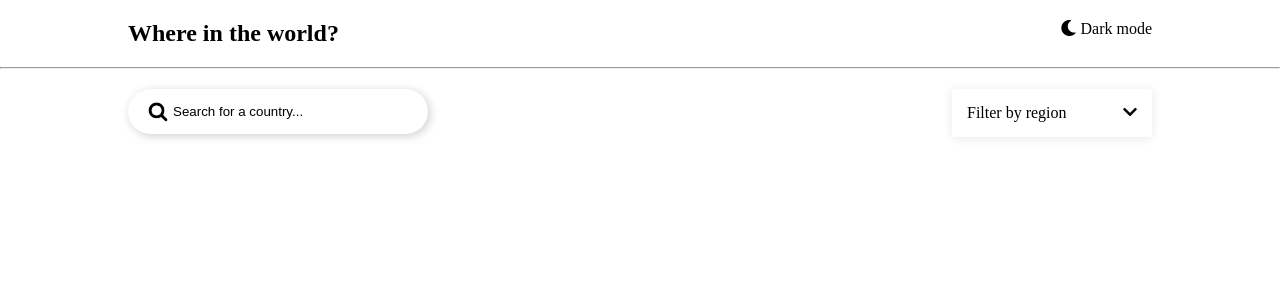
Repository: Eugene44-hub/countryProj
Page: index.html
An editor plug-in stored every save of this project. The page is shown before and after the next save, followed by the edit.
The browser window is 1280 px wide. The pictures show the whole page.
The page's requests for data from a server got no answer.

Above is the page before, as saved 2021-10-10 20:26:43.

### index.html
<!DOCTYPE html>
<html lang="en">

<head>
    <link rel="stylesheet" href="css/all.css">
    <link rel="stylesheet" href="style.css">
    <meta charset="UTF-8">
    <meta http-equiv="X-UA-Compatible" content="IE=edge">
    <meta name="viewport" content="width=device-width, initial-scale=1.0">
    <title>Document</title>
</head>
<header>
    <h2>Where in the world?</h2>
    <div class="mode"><i class="fas fa-moon"></i> Dark mode</div>
</header>
<hr>

<body>
    <div class="container">
        <div class="search-filter">
            <label for="search">
                     <input type="text" placeholder="Search for a country..." id="search">
            </label>



            <div class="select">
                <div class="default-text">Filter by region <i class="fas fa-chevron-down"></i>
                </div>
                <ul>
                    <li id="asia">Asia</li>
                    <li id='europe'>Europe</li>
                    <li id="africa">Africa</li>
                    <li id="oceania">Oceania</li>
                    <li id="america">America</li>
                </ul>
            </div>

        </div>
        <div class="country-container">

            <div class="countries">


            </div>
        </div>
    </div>

</body>

<script src="data.js"></script>
<script src="app.js"></script>
<script src="UI.js"></script>

</html>

### style.css
* {
    padding: 0;
    margin: 0;
    box-sizing: border-box;
}

.container {
    width: 80%;
    margin: auto;
}

.countries {
    display: flex;
    flex-wrap: wrap;
    justify-content: space-between;
    margin: auto;
}

img {
    width: 100%;
    height: 150px;
    border-bottom-left-radius: 0px;
    border-bottom-right-radius: 0px;
    border-top-right-radius: 5px;
    border-top-left-radius: 5px;
}

.country {
    width: 265px;
    margin: 20px 0;
    border-radius: 10px;
}

.about-country {
    padding: 0px 20px;
    line-height: 2;
    margin-bottom: 20px;
}

h3 {
    font-size: small
}

.country {
    box-shadow: 2px 4px 15px rgb(235, 235, 235), -2px 0px 15px rgb(235, 235, 235);
}

#name {
    font-weight: bold;
    line-height: 5;
    font-size: 16px
}

span {
    font-weight: bold;
}

#population,
#region,
#capital {
    font-size: 14px;
}

header {
    display: flex;
    justify-content: space-between;
    width: 80%;
    margin: 20px auto;
}

input {
    padding: 15px;
    width: 300px;
    border-radius: 50px;
}

.search-filter {
    display: flex;
    flex-wrap: wrap;
    flex: 100%;
    justify-content: space-between;
    margin: 20px 0;
}

ul {
    list-style: none;
    position: absolute;
    background-color: white;
    box-shadow: 4px 1px 10px rgb(235, 233, 233);
    display: none;
    margin: 0 0;
}

@keyframes margin {
    from {
        margin: 0;
        opacity: 0;
    }
    to {
        margin: 10px 0;
        opacity: 1;
    }
}

.select:hover ul {
    display: block;
    cursor: pointer;
    animation: margin .2s;
    margin: 1px 0;
}

li:hover {
    background-color: rgb(111, 111, 247);
    color: white;
    transition: all .5s;
}

.select {
    right: 0;
    background-color: white;
    box-shadow: 0px 1px 10px rgb(235, 233, 233);
}

label[for=filter] {
    position: relative;
}

li,
.default-text {
    padding: 15px;
    position: relative;
    cursor: pointer;
    width: 200px;
}

.fa-chevron-down {
    float: right;
}

::placeholder {
    color: black;
    padding-left: 30px;
}

#search {
    background-image: url('search\ icon.png');
    background-size: 20px;
    background-repeat: no-repeat;
    background-position-y: center;
    background-position-x: 20px;
    border: none;
    outline: none;
    box-shadow: 2px 2px 10px rgb(209, 207, 207);
    width: ;
}

#search:focus {
    background-image: none;
}


/*

#europe {
    line-height: 6;
}

#africa {
    line-height: 11;
}

#oceania {
    line-height: 16;
}

#america {
    line-height: 21;
} */


/* # Front-end Style Guide

## Layout

The designs were created to the following widths:

- Mobile: 375px
- Desktop: 1440px

## Colors

### Neutral

- Dark Blue (Dark Mode Elements): hsl(209, 23%, 22%)
- Very Dark Blue (Dark Mode Background): hsl(207, 26%, 17%)
- Very Dark Blue (Light Mode Text): hsl(200, 15%, 8%)
- Dark Gray (Light Mode Input): hsl(0, 0%, 52%)
- Very Light Gray (Light Mode Background): hsl(0, 0%, 98%)
- White (Dark Mode Text & Light Mode Elements): hsl(0, 0%, 100%)

## Typography

### Body Copy

- Homepage Items: 14px
- Detail Page: 16px

### Fonts

- Family: [Nunito Sans](https://fonts.google.com/specimen/Nunito+Sans)
- Weights: 300, 600, 800

## Icons

For the icons, you can use a font icon library. Don't worry if the icons that you choose don't look exactly like they do on the design.

Some suggestions can be found below:

- [Font Awesome](https://fontawesome.com)
- [IcoMoon](https://icomoon.io)
- [Ionicons](https://ionicons.com) */


/*
com) - [IcoMoon](https: //icomoon.io)
- [Ionicons](https: //ionicons.com) */

### data.js
const url = 'https://restcountries.com/v3.1/all';

class Country {
    getCountries = async function() {
        const response = await fetch(url);
        const data = await response.json();

        return {
            data
        }
    }
}

### app.js
const country = new Country;
const search = document.querySelector('#search');
country.getCountries()
    .then(data => {
        const ui = new UI(data.data)
        ui.display();
        console.log(data.data[1].name.common)

    })

search.addEventListener('input', e => {
    UI.searchDisplay(search)
    console.log(search)
})

### UI.js
class UI {
    constructor(country) {
        this.country = country;
    }

    display() {
        let countries = document.querySelector('.countries');
        let output = '';
        let zero = 0;
        for (let i = 0; i < this.country.length; i++) {


            if (this.country[i].capital === undefined) {
                output += `
              <div class="country">
              <div class="image">
             <img src=${this.country[i].flags.png}>
              </div>
              <div class="about-country">
              <p id=name>${this.country[i].name.common}</p>
              <p id="population">Population: ${this.country[i].population}</p>
                  <p id="region">Region: ${this.country[i].region}</p>
                  <p id="capital">Capital: No capital</p>
              </div>
          </div>`
            } else {
                output += `
              <div class="country">
              <div class="image">
             <img src=${this.country[i].flags.png}>
              </div>
              <div class="about-country">
              <p id=name>${this.country[i].name.common}</p>
                  <p id="population"><span>Population</span>: ${this.country[i].population}</p>

                  <p id="region"><span>Region</span>: ${this.country[i].region}</p>

                  <p id="capital"><span>Capital</span>: ${this.country[i].capital[0]}</p>
              </div>
          </div>`
            }
        }
        countries.innerHTML = output
    }
    static searchDisplay(input) {
        if (input.value !== '') {
            input.style.backgroundImage = 'none';
        } else {
            input.style.backgroundImage = `url('search\ icon.png')`;
        }
    }
}



/*  */

Loaded but not shown: css/all.css (library)

After the next save:
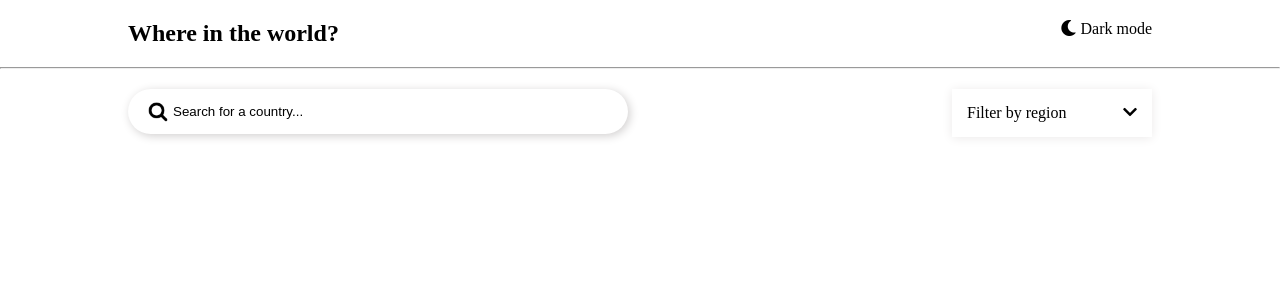
Saved 4 s later.
--- a/style.css
+++ b/style.css
@@ -151,7 +151,7 @@ li,
     border: none;
     outline: none;
     box-shadow: 2px 2px 10px rgb(209, 207, 207);
-    width: ;
+    width: 500px;
 }
 
 #search:focus {
